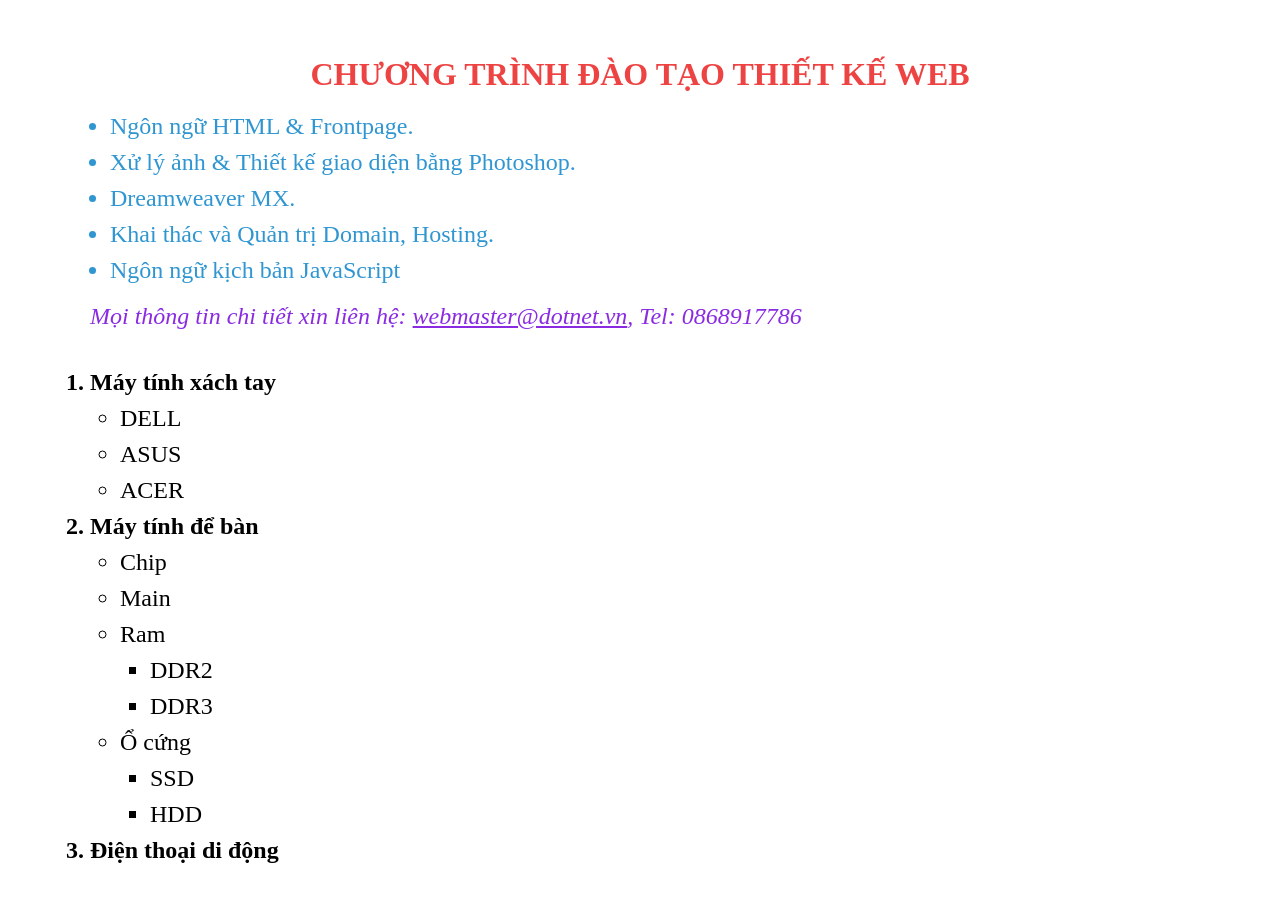
Repository: tuiladev/TKW
Page: ListTag/index.html
The author's editor kept a copy of each file at every save. The page is drawn from the files as they stood at one save, then again after the next save.
The browser window is 1280 px wide. The pictures show the whole page.

Above is the page before, as saved 2022-03-15 23:26:59.

After the next save:
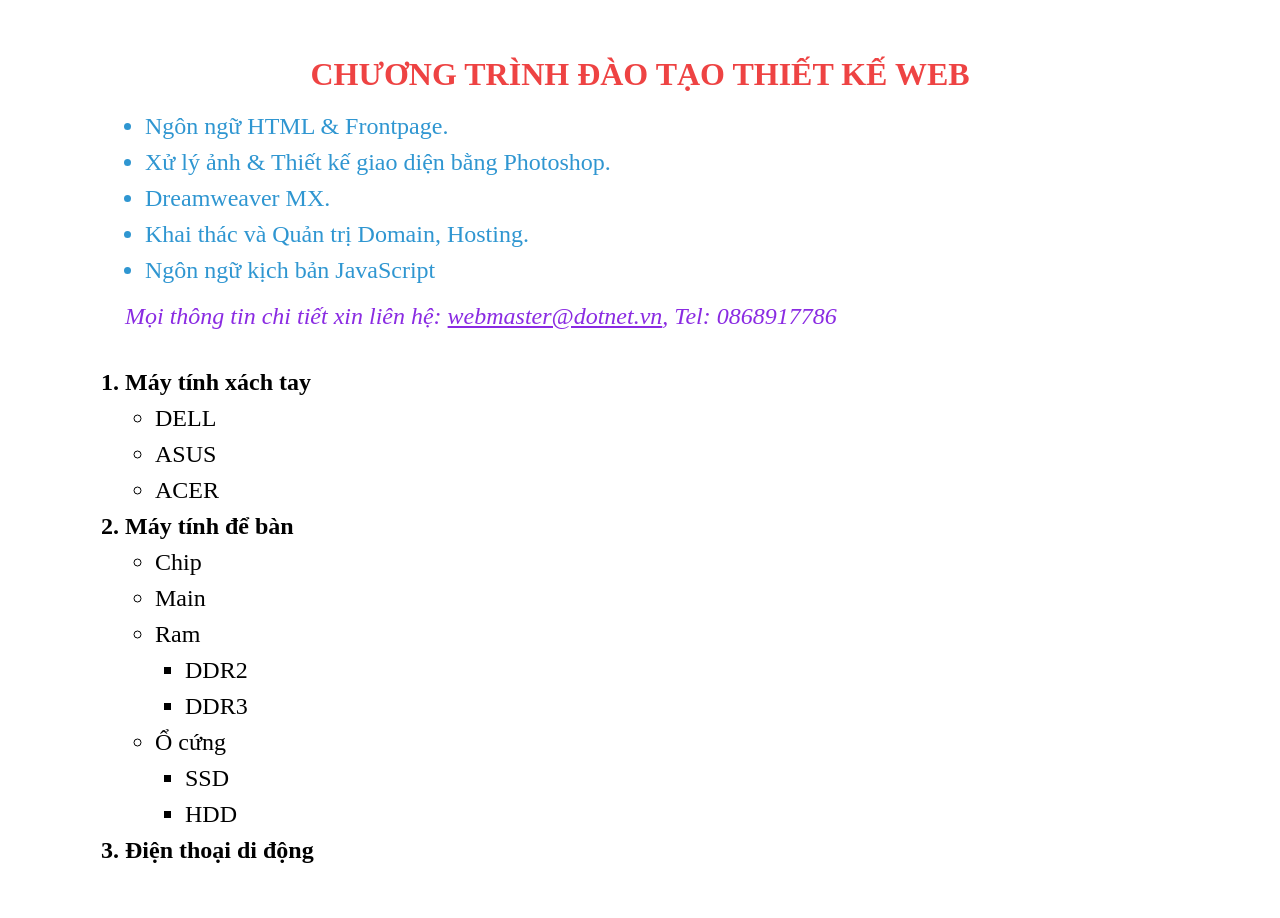
Saved 21 s later.
--- a/ListTag/index.html
+++ b/ListTag/index.html
@@ -16,7 +16,7 @@
       /* ============= Global =============*/
       .wrapper {
         max-width: 1130px;
-        padding: 0 15px;
+        padding: 0 50px;
         margin: 50px auto;
         font-size: 24px;
         line-height: 1.5;
